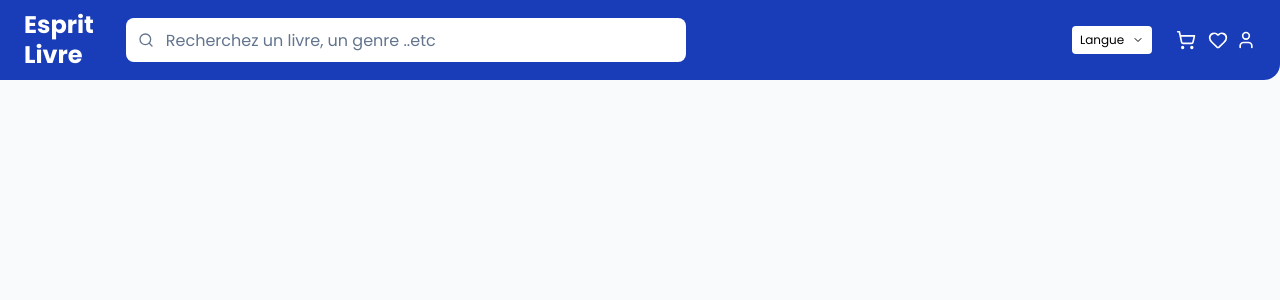
Repository: oussamabenberkane/esprit-livre-front
Page: /
The author's editor kept a copy of each file at every save. The page is drawn from the files as they stood at one save, then again after the next save.
The browser window is 1280 px wide. The pictures show the whole page.
The project was rebuilt for these pictures with package versions that can differ from the ones it lists, and the page was loaded fresh each time. Also part of the build but not shown: vite.config.js.

Above is the page before, as saved 2025-09-25 18:56:14.

After the next save:
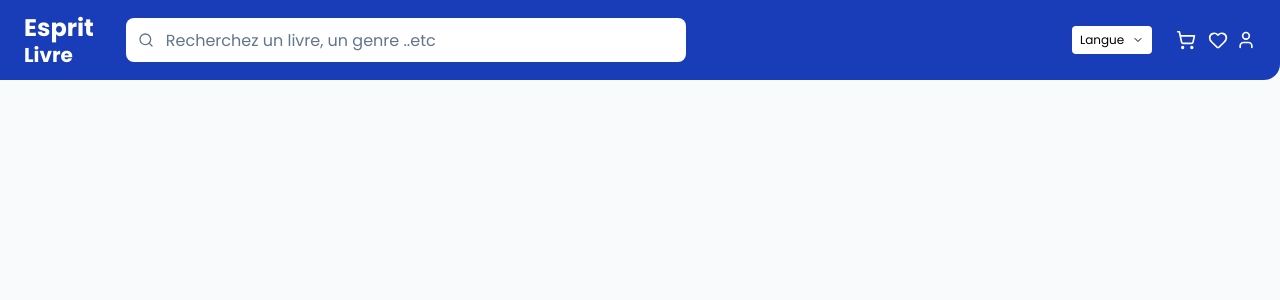
Saved 6 s later.
--- a/src/components/common/navbar.jsx
+++ b/src/components/common/navbar.jsx
@@ -4,7 +4,7 @@ import { Search, ChevronDown, ShoppingCart, Heart, User } from 'lucide-react';
 const Logo = () => (
     <div className="flex flex-col text-white">
         <div className="text-2xl font-bold leading-tight">Esprit</div>
-        <div className="text-2xl font-bold leading-tight">Livre</div>
+        <div className="text-xl font-bold leading-tight">Livre</div>
     </div>
 );
 
